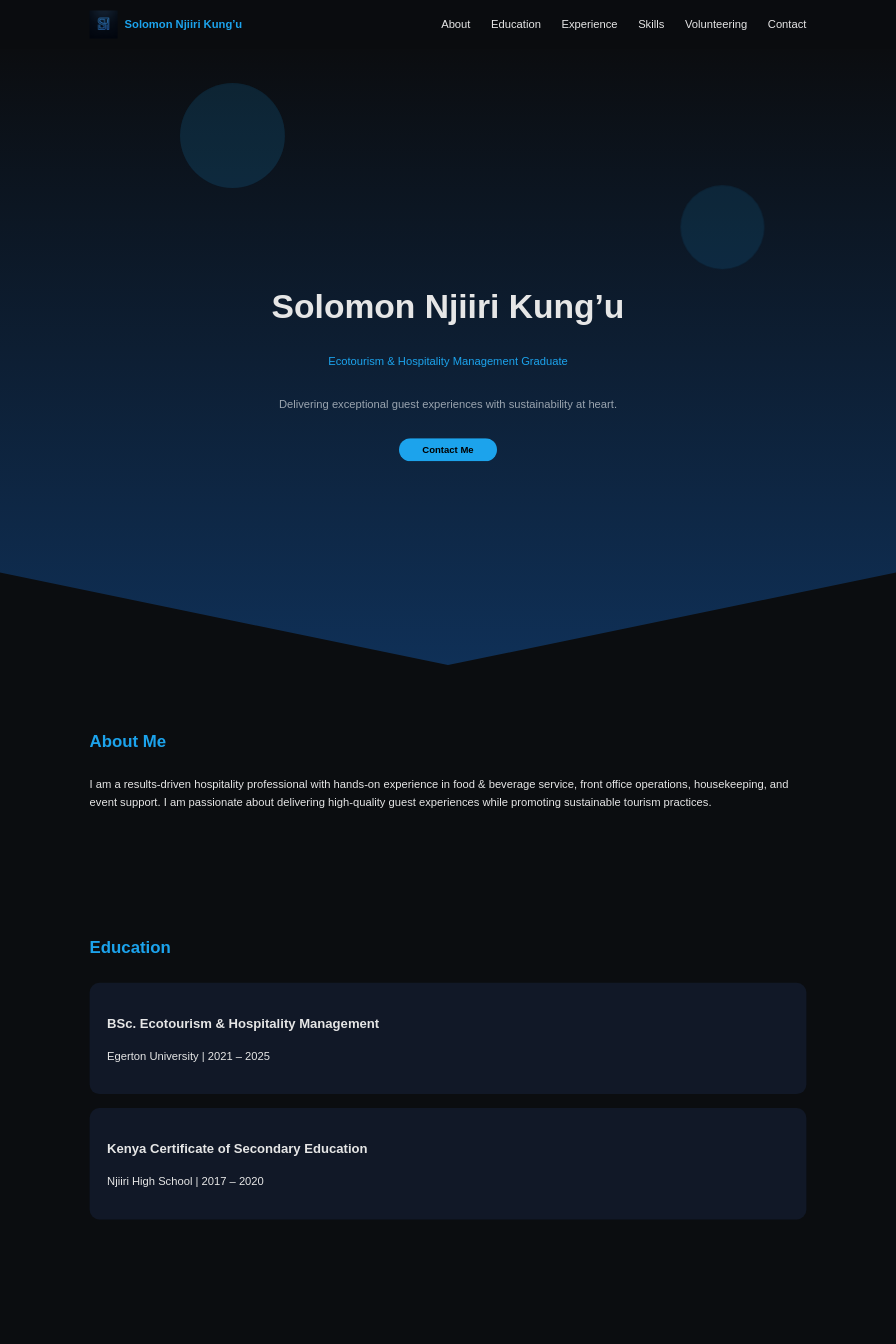
Repository: ladygit-comits/Solomon_Portfolio
Page: index.html
These files come from the project's save history. The page is drawn as it stood at one moment and after the next save; the edit follows.
The browser window is 1280 px wide. The pictures show the part of the page from y = 0 to 1920 px (the page is 4438 px tall before and 4318 px after), at 70% of full size.

Above is the page before, as saved 2025-12-31 13:57:02.

After the next save:
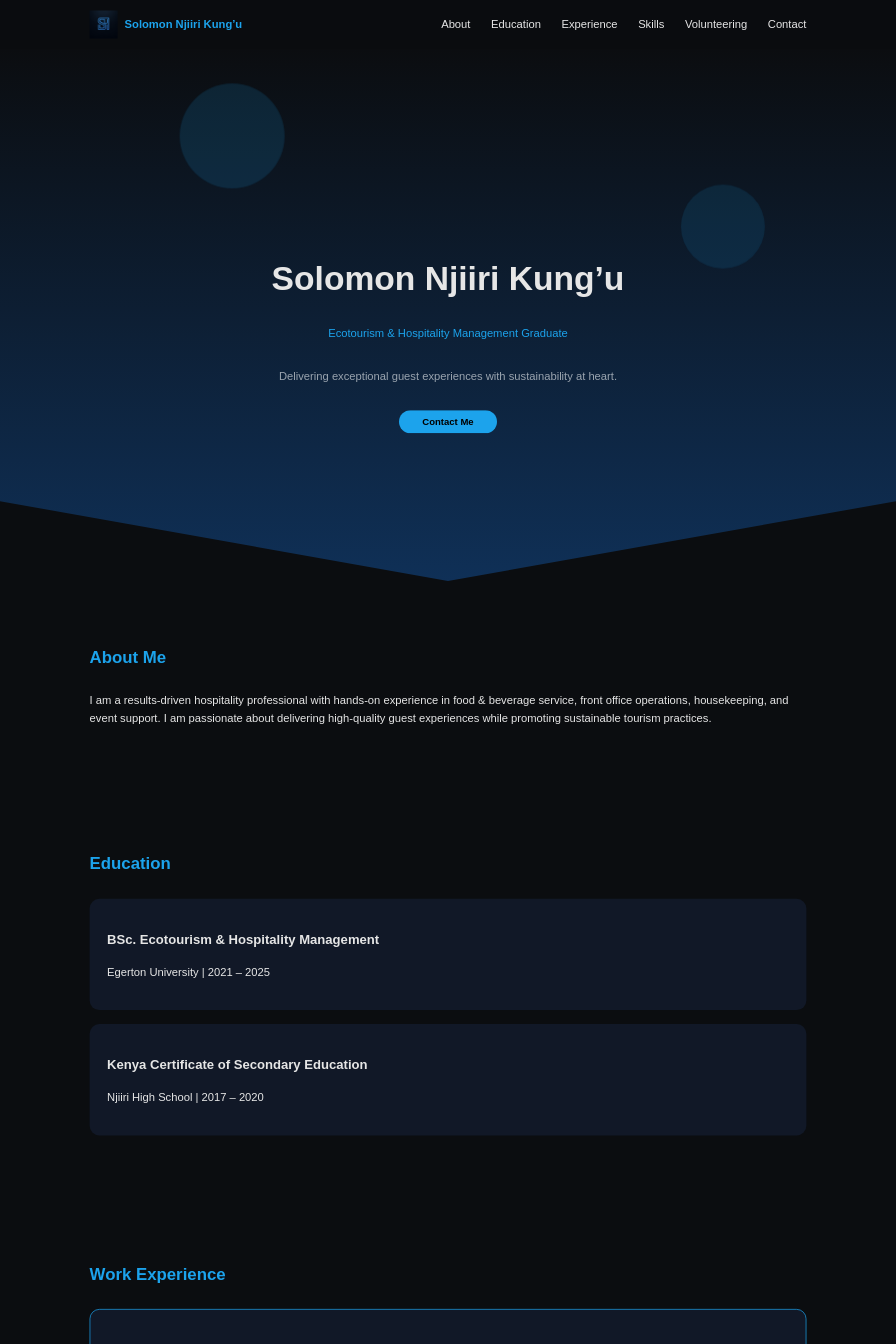
Saved 102 s later.
--- a/style.css
+++ b/style.css
@@ -16,7 +16,7 @@
 
 .hero {
   min-height: 100vh;
-  padding: 80px 20px;
+  padding: 40px 20px 0;
   text-align: center;
   background: linear-gradient(180deg, #0B0D10, #0F3057);
   position: relative;
@@ -26,6 +26,7 @@
   justify-content: center;
   clip-path: polygon(0 0, 100% 0, 100% 85%, 50% 100%, 0 85%);
 }
+
 
 
 .hero h1 {

After the save that followed:
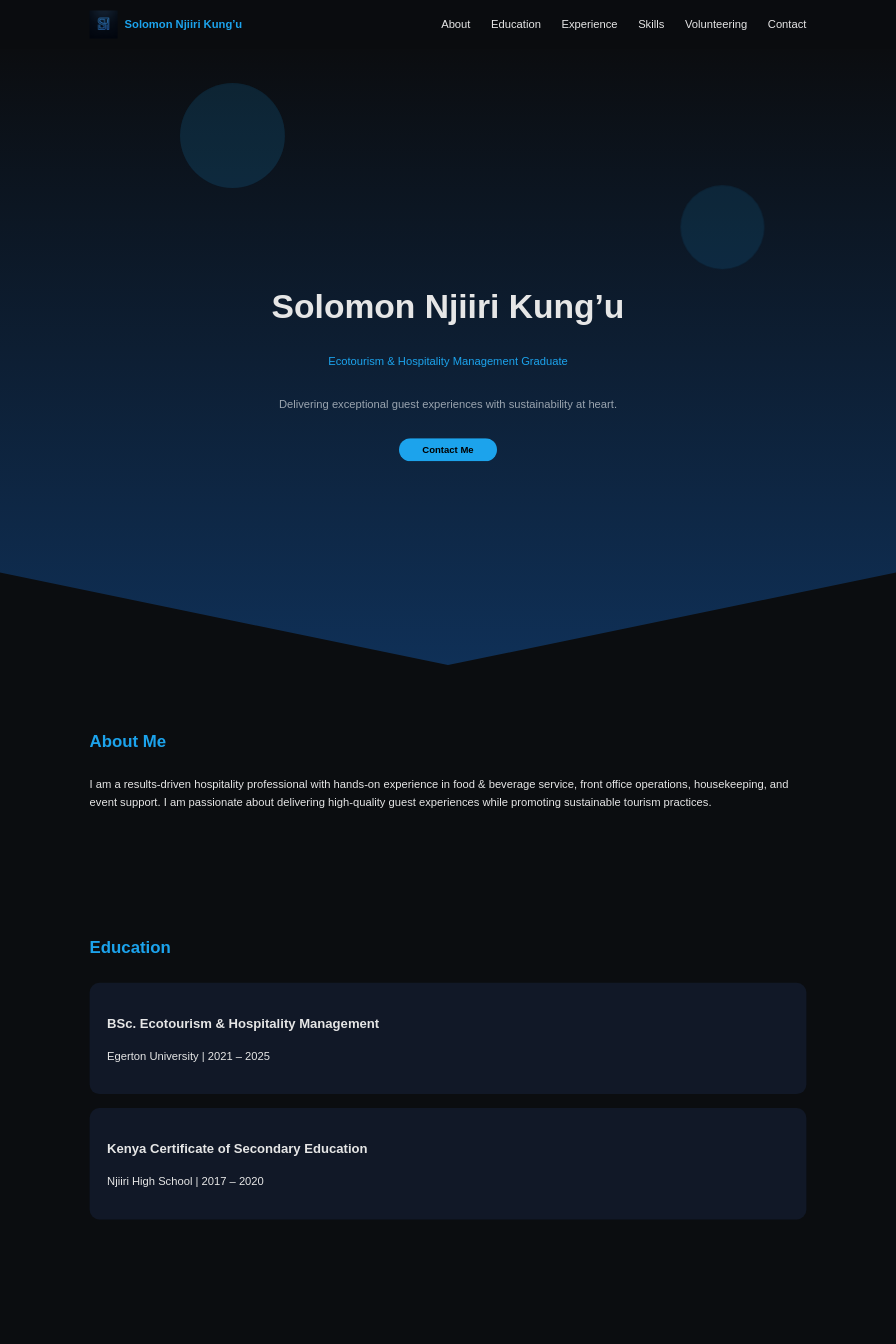
Saved 20 s later.
--- a/style.css
+++ b/style.css
@@ -16,7 +16,7 @@
 
 .hero {
   min-height: 100vh;
-  padding: 40px 20px 0;
+  padding: 80px 20px;
   text-align: center;
   background: linear-gradient(180deg, #0B0D10, #0F3057);
   position: relative;
@@ -26,7 +26,6 @@
   justify-content: center;
   clip-path: polygon(0 0, 100% 0, 100% 85%, 50% 100%, 0 85%);
 }
-
 
 
 .hero h1 {
